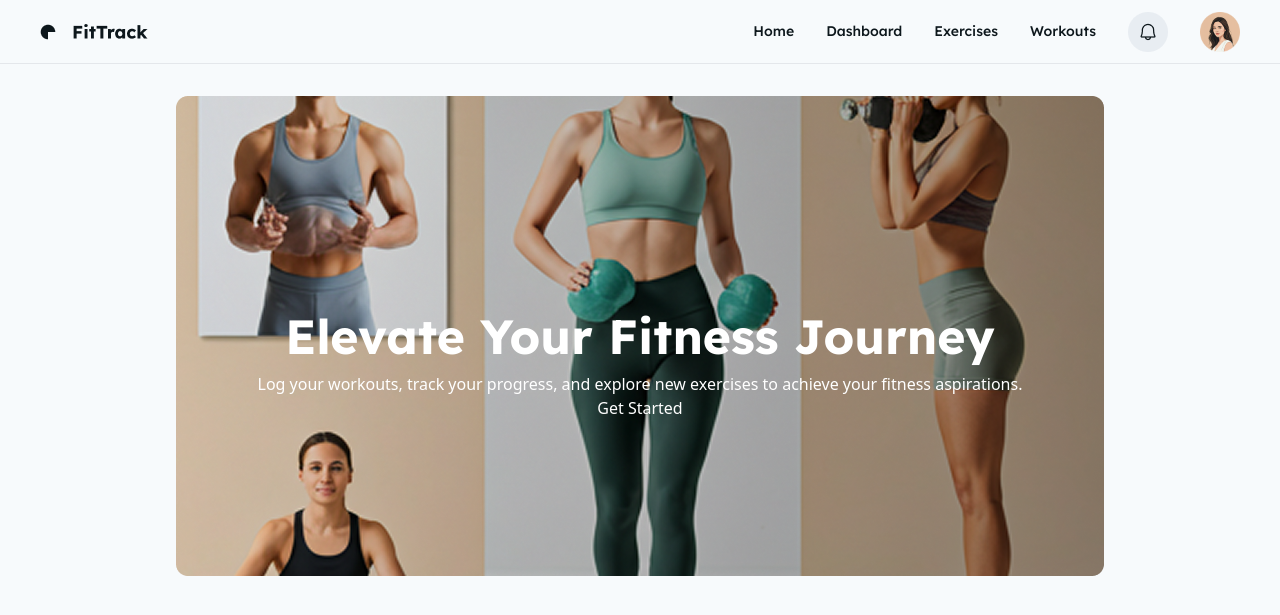
Repository: Emy-gold/fitness-tracking-platform
Page: /
An editor plug-in stored every save of this project. The page is shown before and after the next save, followed by the edit.
The browser window is 1280 px wide. The pictures show the whole page.
The project was rebuilt for these pictures with package versions that can differ from the ones it lists, and the page was loaded fresh each time. Also part of the build but not shown: vite.config.js, src/Pages/Dashboard.jsx, src/Pages/Exercises.jsx, src/Pages/Workouts.jsx, src/components/Footer.jsx.

Above is the page before, as saved 2025-08-24 22:21:34.

### index.html
<!doctype html>
<html lang="en">

<head>
  <meta charset="UTF-8" />
  <link rel="icon" type="image/svg+xml" href="/vite.svg" />
  <meta name="viewport" content="width=device-width, initial-scale=1.0" />
  <link href="https://fonts.googleapis.com/css2?family=Lexend:wght@300;400;500;600;700&display=swap" rel="stylesheet">
  <title>Vite + React</title>
</head>

<body>
  <div id="root"></div>
  <script type="module" src="/src/main.jsx"></script>
</body>

</html>

### src/index.css
@tailwind base;
@tailwind components;
@tailwind utilities;

body{
    padding: 0;
    margin: 0;
        background-color: #F7FAFC;
}

### src/App.jsx
import './App.css';
import { BrowserRouter as Router, Routes, Route } from 'react-router-dom';
import Home from './Pages/Home';
import Dashboard from './Pages/Dashboard.jsx';
import Exercises from './Pages/Exercises.jsx';
import Workouts from './Pages/Workouts.jsx';
import Header from './components/Header.jsx';
import Footer from './components/Footer';


function App() {

  return (
    <>

      <Router>
        <Header />
        <Routes>
          <Route path="/" element={<Home />} />
          <Route path="/dashboard" element={<Dashboard />} />
          <Route path="/exercises" element={<Exercises />} />
          <Route path="/workouts" element={<Workouts />} />
        </Routes>
      </Router>
    </>
  )
}

export default App

### src/App.css
#root {
    margin: 0 auto;
    padding: 0;
    text-align: center;

}

.logo {
    height: 6em;
    padding: 1.5em;
    will-change: filter;
    transition: filter 300ms;
}
.logo:hover {
    filter: drop-shadow(0 0 2em #646cffaa);
}
.logo.react:hover {
    filter: drop-shadow(0 0 2em #61dafbaa);
}

@keyframes logo-spin {
    from {
    transform: rotate(0deg);
    }
    to {
    transform: rotate(360deg);
    }
}

@media (prefers-reduced-motion: no-preference) {
    a:nth-of-type(2) .logo {
    animation: logo-spin infinite 20s linear;
    }
}

.card {
    padding: 2em;
}

.read-the-docs {
    color: #888;
}

### src/Pages/Home.jsx
import React from 'react';
import Header from '../components/Header';
import homepic from "../assets/home.png";

function Home() {
    return (
        <>
            <main className='flex justify-center'>
                <section className='my-8'>
                    <img src={homepic} className="" />
                    <div className="absolute inset-0 flex flex-col items-center justify-center text-center text-white ">
                        <h1 className='text-5xl font-lexend font-bold p-3'>Elevate Your Fitness Journey</h1>
                        <p>Log your workouts, track your progress, and explore new exercises to achieve your fitness aspirations.</p>
                        <button>Get Started</button>
                    </div>
                </section >
                <section></section>
                <section></section>
            </main >
        </>

    )
}

export default Home

### src/components/Header.jsx
import React from 'react';
import { Link } from 'react-router-dom';
import logo from "../assets/logo.png";
import icon from "../assets/notifeicon.png";
import profilePic from "../assets/profilepic.png";

function Header() {
    return (
        <>
            <header className='bg-primary border-b border-gray-300/50 sticky w-full h-16 top-0 z-50 px-10'>
                <div className="flex relative justify-between items-center h-full">
                    <Link to="/" className='flex items-center'>
                        <img
                            src={logo}
                            alt="logo"
                            className='hover:opacity-20 transition-opacity duration-300'
                        />
                    </Link>

                    <nav className='flex gap-8 items-center ml-auto'>
                        <Link to="/" className='font-lexend font-medium text-sm text-textColor hover:scale-105 leading-[21px]'>Home</Link>
                        <Link to="/dashboard" className='font-lexend font-medium text-sm text-textColor hover:scale-105 leading-[21px]'>Dashboard</Link>
                        <Link to="/exercises" className='font-lexend font-medium text-sm text-textColor hover:scale-105 leading-[21px]'>Exercises</Link>
                        <Link to="/workouts" className='font-lexend font-medium text-sm text-textColor hover:scale-105 leading-[21px]'>Workouts</Link>
                        <img src={icon} className='hover:scale-105 duration-200' />
                        <img src={profilePic} className='h-10 w-10 hover:scale-105 duration-200' />
                    </nav>

                    <div></div>
                </div>
            </header>
        </>
    )
}

export default Header;

### tailwind.config.js

/** @type {import('tailwindcss').Config} */
export default {
  content: [
    "./index.html",
    "./src/**/*.{js,ts,jsx,tsx}",
  ],
  theme: {
    extend: {
      fontFamily: {
        lexend: ['Lexend', 'sans-serif'],
      },
      colors: {
        primary: "#F7FAFC",
        textColor: "#0D171C",
      }
    },
  },
  plugins: [],
}

Loaded but not shown: src/main.jsx (common file)

After the next save:
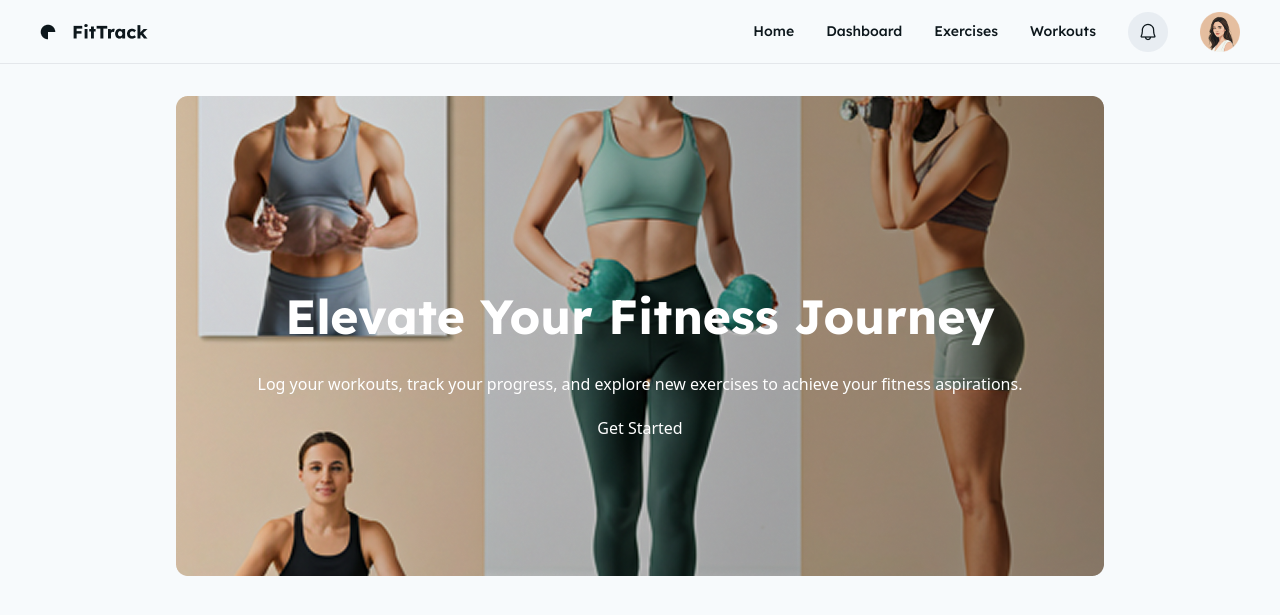
Saved 11 s later.
--- a/src/Pages/Home.jsx
+++ b/src/Pages/Home.jsx
@@ -10,7 +10,7 @@
                     <img src={homepic} className="" />
                     <div className="absolute inset-0 flex flex-col items-center justify-center text-center text-white ">
                         <h1 className='text-5xl font-lexend font-bold p-3'>Elevate Your Fitness Journey</h1>
-                        <p>Log your workouts, track your progress, and explore new exercises to achieve your fitness aspirations.</p>
+                        <p className='p-5'>Log your workouts, track your progress, and explore new exercises to achieve your fitness aspirations.</p>
                         <button>Get Started</button>
                     </div>
                 </section >

After the save that followed:
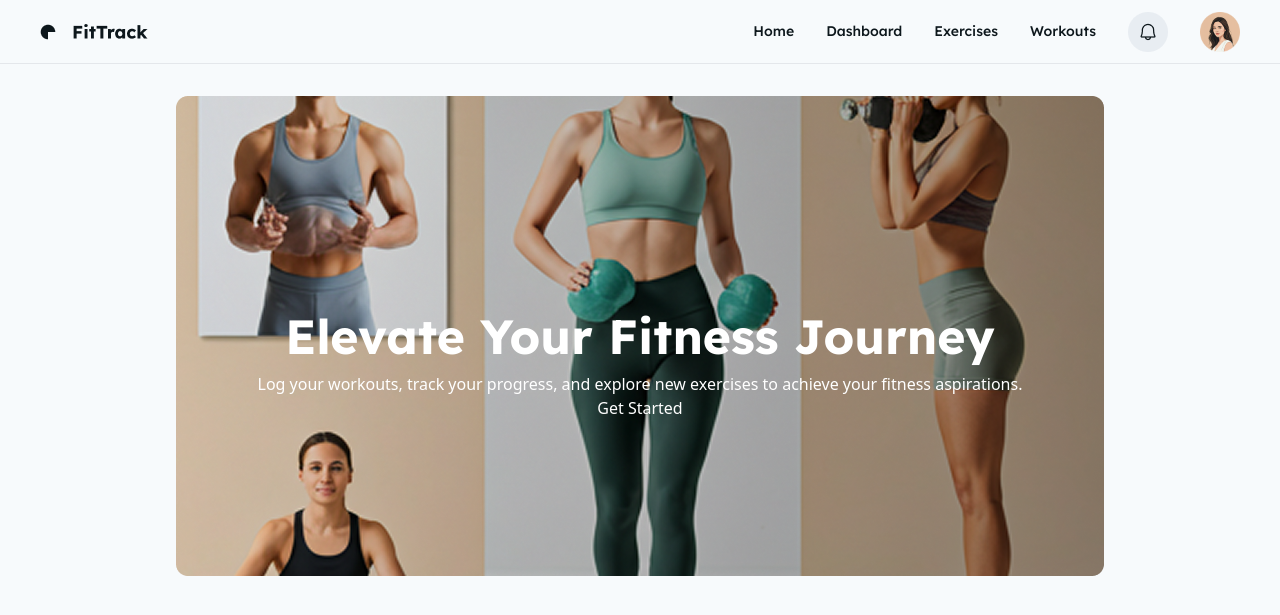
Saved 10 s later.
--- a/src/Pages/Home.jsx
+++ b/src/Pages/Home.jsx
@@ -10,7 +10,7 @@
                     <img src={homepic} className="" />
                     <div className="absolute inset-0 flex flex-col items-center justify-center text-center text-white ">
                         <h1 className='text-5xl font-lexend font-bold p-3'>Elevate Your Fitness Journey</h1>
-                        <p className='p-5'>Log your workouts, track your progress, and explore new exercises to achieve your fitness aspirations.</p>
+                        <p>Log your workouts, track your progress, and explore new exercises to achieve your fitness aspirations.</p>
                         <button>Get Started</button>
                     </div>
                 </section >
